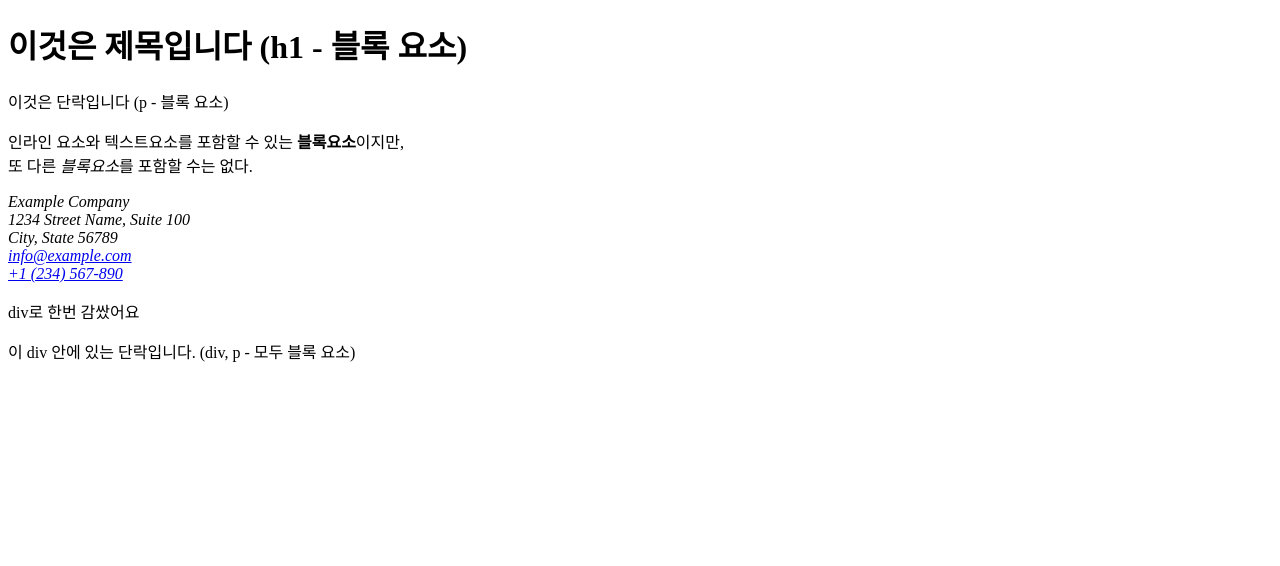
Repository: Junvelop/hkdevelope
Page: Downloads/back_end_edu20240624-master (1)/front_end_20240627/src/main/webapp/html2_블럭요소와인라인요소.html
These files come from the project's save history. The page is drawn as it stood at one moment and after the next save; the edit follows.
The browser window is 1280 px wide. The pictures show the whole page.

Above is the page before, as saved 2024-08-12 02:22:30.

### Downloads/back_end_edu20240624-master (1)/front_end_20240627/src/main/webapp/html2_블럭요소와인라인요소.html
<!DOCTYPE html>
<html lang="en">
<head>
    <meta charset="UTF-8">
    <meta name="viewport" content="width=device-width, initial-scale=1.0">
    <title>블록 요소 예시</title>
</head>
<body>

<div>
    <h1>이것은 제목입니다 (h1 - 블록 요소)</h1>
    <p>이것은 단락입니다 (p - 블록 요소)</p>
    <p>
     인라인 요소와 텍스트요소를 포함할 수 있는 <strong>블록요소</strong>이지만,<br/>
     또 다른 <em>블록요소</em>를 포함할 수는 없다.
	</p>

	<address>
        Example Company<br>
        1234 Street Name, Suite 100<br>
        City, State 56789<br>
        <a href="mailto:info@example.com">info@example.com</a><br>
        <a href="tel:+1234567890">+1 (234) 567-890</a>
    </address>

    <p> div로 한번 감쌌어요 </p>

</div>

    <div>
        <p>이 div 안에 있는 단락입니다. (div, p - 모두 블록 요소)</p>
    </div>



</body>
</html>

After the next save:
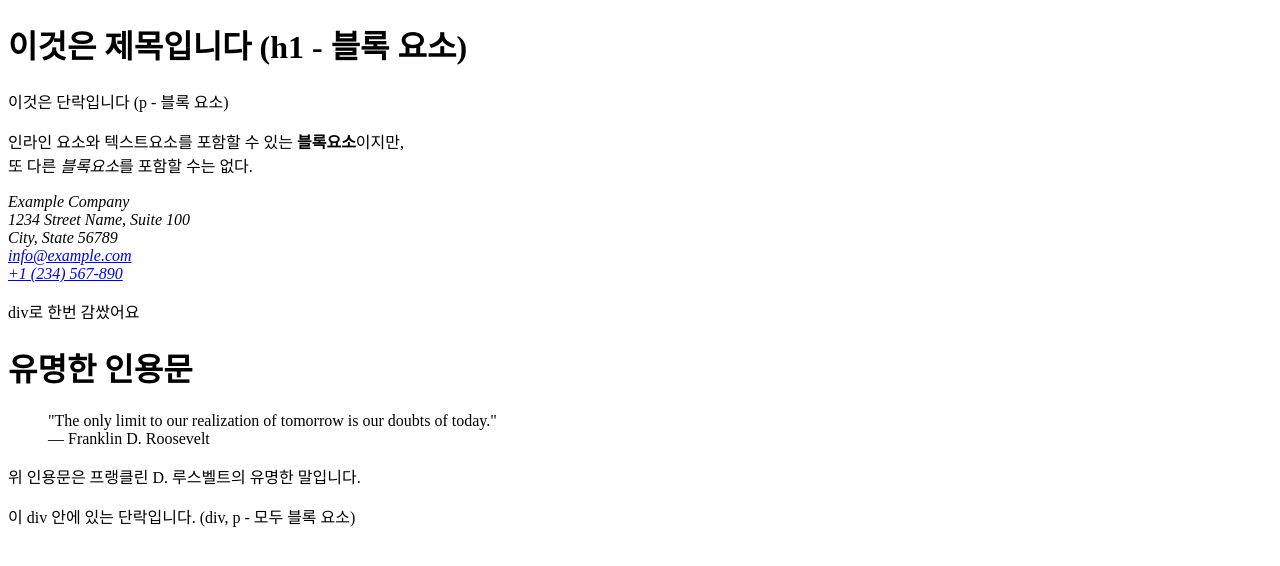
Saved 3 min 34 s later.
--- a/Downloads/back_end_edu20240624-master (1)/front_end_20240627/src/main/webapp/html2_블럭요소와인라인요소.html
+++ b/Downloads/back_end_edu20240624-master (1)/front_end_20240627/src/main/webapp/html2_블럭요소와인라인요소.html
@@ -25,6 +25,16 @@
 
     <p> div로 한번 감쌌어요 </p>
 
+
+     <h1>유명한 인용문</h1>
+
+    <blockquote>
+        "The only limit to our realization of tomorrow is our doubts of today."
+        <br>— Franklin D. Roosevelt
+    </blockquote>
+
+    <p>위 인용문은 프랭클린 D. 루스벨트의 유명한 말입니다.</p>
+
 </div>
 
     <div>
